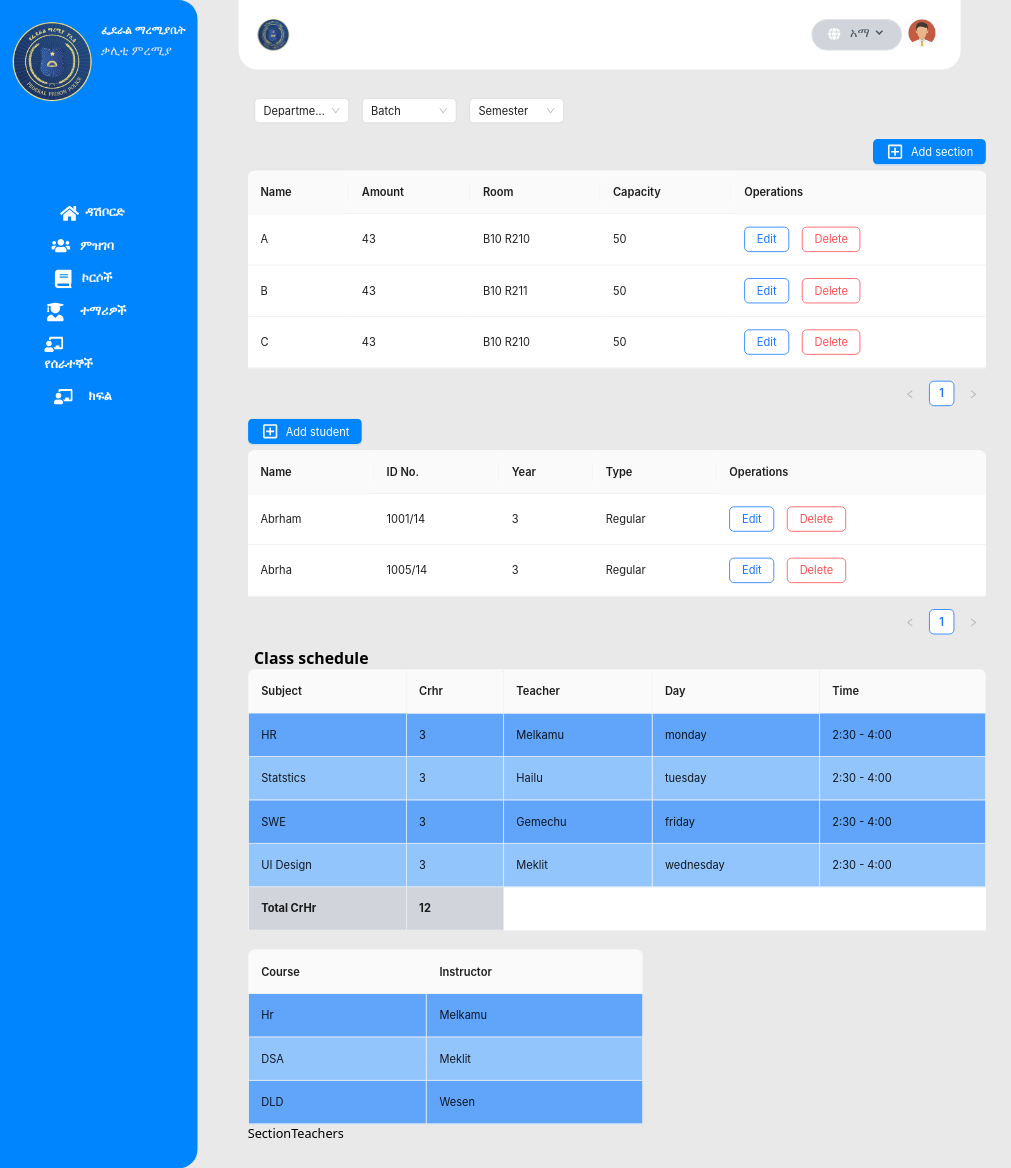
Repository: Yigoya/federal-prison-education-ms-frontend
Page: /classroom, after clicking the first element matching `td.ant-table-cell > a`
These files come from the project's save history. The page is drawn as it stood at one moment and after a run of saves; the edit follows.
The browser window is 1280 px wide. The pictures show the whole page, at 79% of full size.
The project was rebuilt for these pictures with package versions that can differ from the ones it lists, and the page was loaded fresh each time. Also part of the build but not shown: vite.config.js, src/App.css, src/pages/DashBoard.jsx, src/pages/Courses.jsx, src/layout/AuthLayout.jsx, src/pages/Login.jsx, src/pages/Teachers.jsx, src/pages/StudentRegistration.jsx and 3 more. Imported but missing from the stored project, and not drawn on this page: src/pages/Students.

Above is the page before, as saved 2024-07-05 09:54:22.

After the next 2 saves:
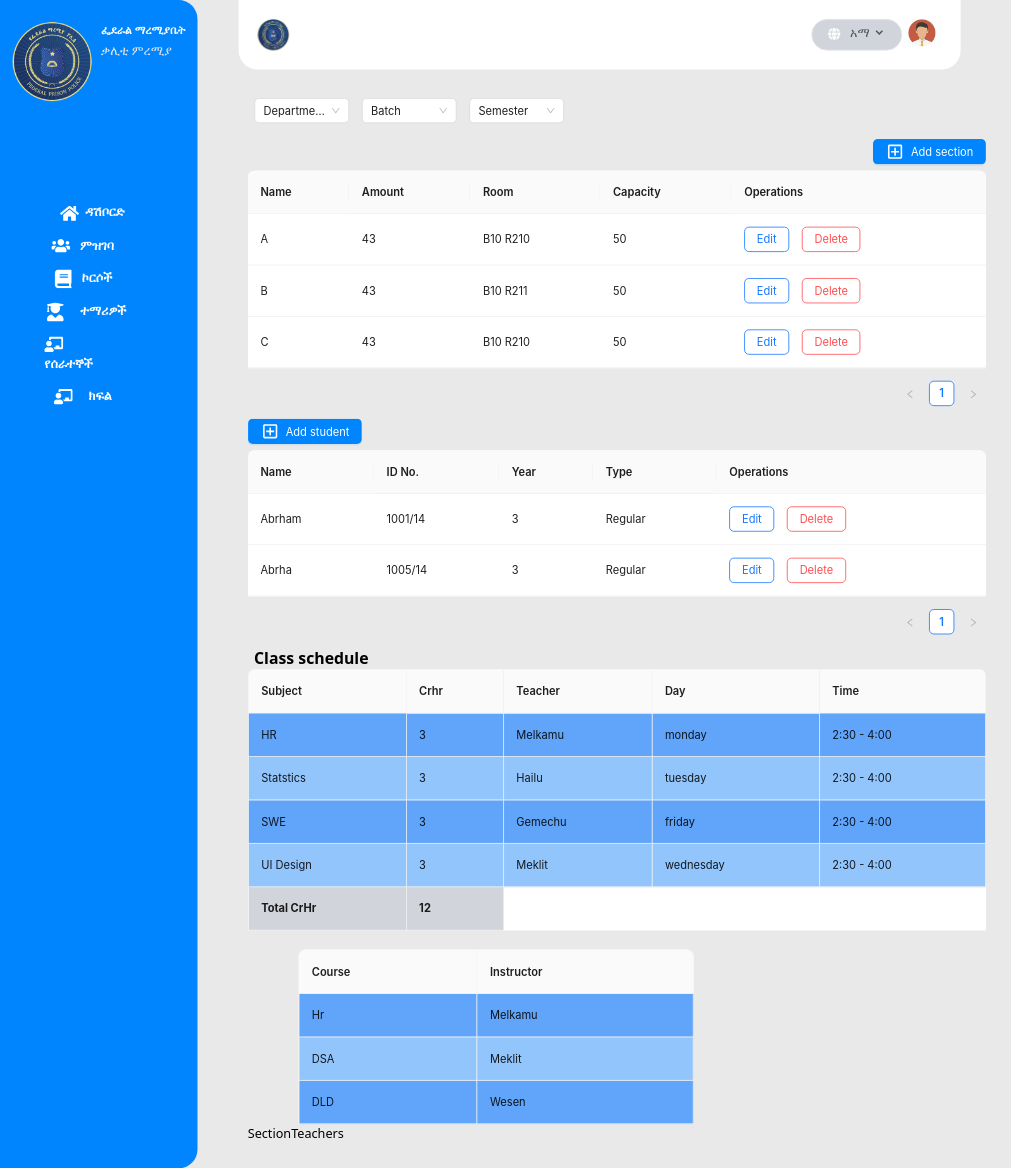
The 2 saves are shown as one change because they came seconds apart.
The last was saved 6 s later.
--- a/src/components/classroom/CoursesList.jsx
+++ b/src/components/classroom/CoursesList.jsx
@@ -29,7 +29,7 @@
 
 const CoursesList = () => (
   <>
-    <div className="w-[500px] wl">
+    <div className="w-[500px] ml-16">
       <Table
         columns={columns}
         dataSource={data}

After the save that followed:
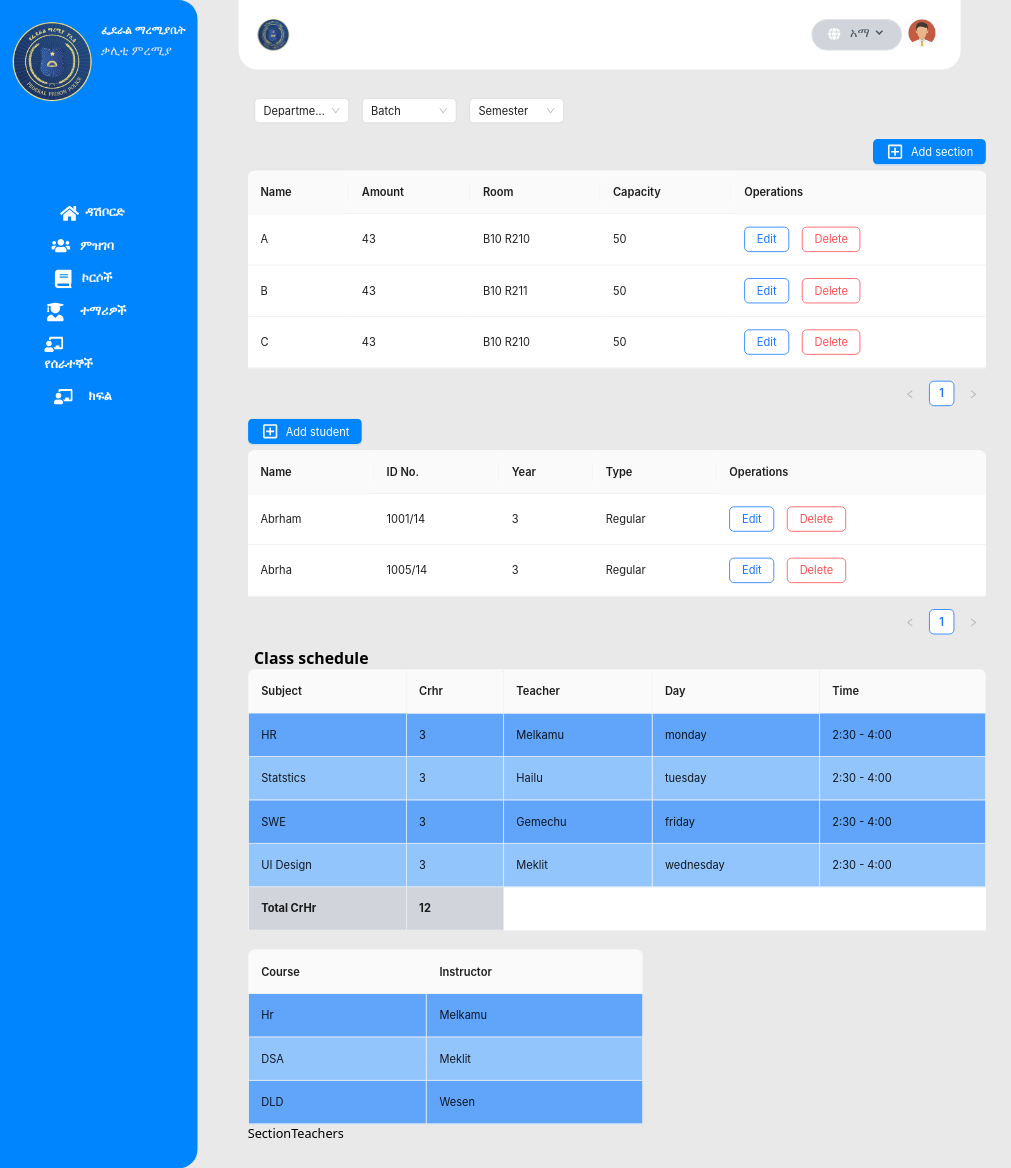
Saved 7 s later.
--- a/src/components/classroom/CoursesList.jsx
+++ b/src/components/classroom/CoursesList.jsx
@@ -29,7 +29,7 @@
 
 const CoursesList = () => (
   <>
-    <div className="w-[500px] ml-16">
+    <div className="w-[500px] ">
       <Table
         columns={columns}
         dataSource={data}
